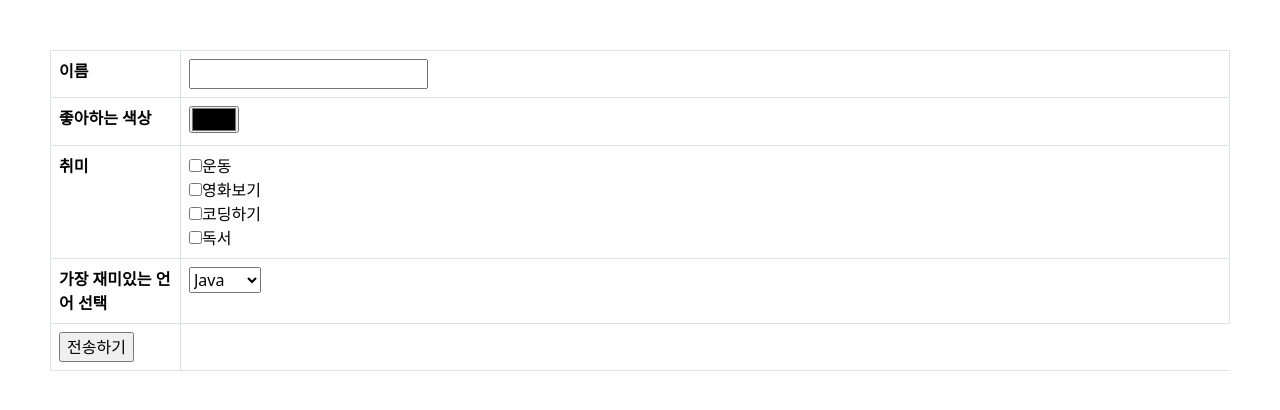
Repository: handongheee/Sist0103Project
Page: http://localhost/SpringMvcTest/WEB-INF/info/infoForm.jsp
The author's editor kept a copy of each file at every save. The page is drawn from the files as they stood at one save, then again after the next save.
The browser window is 1280 px wide. The pictures show the whole page.
Some web fonts or font styles are not loaded; a fallback is used. The page is served by Tomcat 9. Nobody is signed in. The template is opened directly, without the code that normally fills it, so the values that code supplies are empty.

Above is the page before, as saved 2024-05-03 07:14:51.

### sts3work/SpringMvcTest/src/main/webapp/WEB-INF/info/infoForm.jsp
<%@ page language="java" contentType="text/html; charset=UTF-8"
	pageEncoding="UTF-8"%>
<%@taglib prefix="c" uri="http://java.sun.com/jsp/jstl/core"%>
<%@taglib prefix="fmt" uri="http://java.sun.com/jsp/jstl/fmt"%>
<!DOCTYPE html>
<html>
<head>
<meta charset="UTF-8">
<script src="https://code.jquery.com/jquery-3.7.0.js"></script>
<script
	src="https://cdn.jsdelivr.net/npm/bootstrap@5.3.2/dist/js/bootstrap.bundle.min.js"></script>
<link
	href="https://fonts.googleapis.com/css2?family=Dongle&family=Gamja+Flower&family=Gowun+Dodum&family=IBM+Plex+Sans+KR&family=Noto+Sans+KR:wght@100..900&display=swap"
	rel="stylesheet">
<link
	href="https://cdn.jsdelivr.net/npm/bootstrap@5.3.2/dist/css/bootstrap.min.css"
	rel="stylesheet">
<title>Insert title here</title>
</head>
<body>
	<div style="margin: 50px 50px;">
		<form action="result" method="post">
			<table class="table table-bordered">
				<tr>
					<th width="130px;">이름</th>
					<td><input type="text" name="name"> <br></td>
				</tr>

				<tr>
					<th>좋아하는 색상</th>
					<td><input type="color" name="color"> <br></td>
				</tr>

				<tr>
					<th>취미</th>
					<td>
						<input type="checkbox" name="hobby" value="운동">운동 <br>
						<input type="checkbox" name="hobby" value="영화보기">영화보기 <br>
						<input type="checkbox" name="hobby" value="코딩하기">코딩하기 <br>
						<input type="checkbox" name="hobby" value="독서">독서 <br>
					</td>
				</tr>

				<tr>
					<th>가장 재미있는 언어 선택</th>
					<td>
						<select>
							<option name="lang" value="Java">Java</option>
							<option name="lang" value="HTML">HTML</option>
							<option name="lang" value="AJAX">AJAX</option>
							<option name="lang" value="Spring">Spring</option>
						</select>
					</td>
				</tr>

				<tr colspan="2">
					<td>
						<input type="button" value="전송하기">
					</td>
				</tr>
			</table>
		</form>
	</div>
</body>
</html>

After the next save:
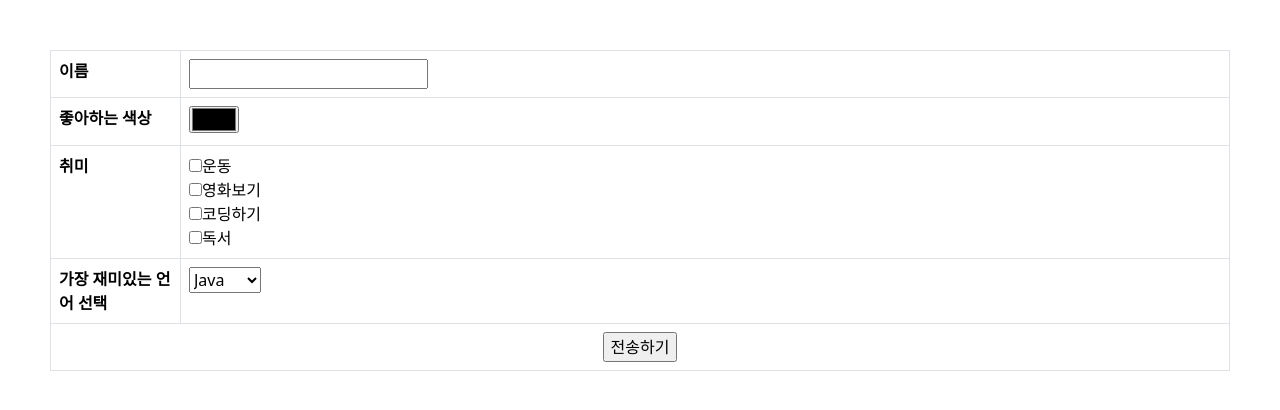
Saved 13 s later.
--- a/sts3work/SpringMvcTest/src/main/webapp/WEB-INF/info/infoForm.jsp
+++ b/sts3work/SpringMvcTest/src/main/webapp/WEB-INF/info/infoForm.jsp
@@ -53,8 +53,8 @@
 					</td>
 				</tr>
 
-				<tr colspan="2">
-					<td>
+				<tr align="center">
+					<td colspan="2">
 						<input type="button" value="전송하기">
 					</td>
 				</tr>
